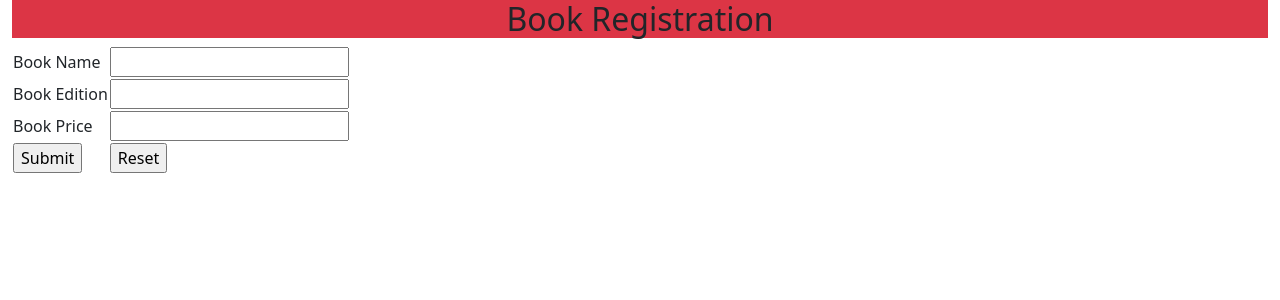
Repository: saurabh-7079/BookApp
Page: BookWebApp/WebContent/home.html
The author's editor kept a copy of each file at every save. The page is drawn from the files as they stood at one save, then again after the next save.
The browser window is 1280 px wide. The pictures show the whole page.

Above is the page before, as saved 2023-06-05 06:09:49.

### BookWebApp/WebContent/home.html
<!DOCTYPE html>
<html>
<head>
<meta charset="ISO-8859-1">
<title>Book Application</title>
<link rel="stylesheet" href="css/bootstrap.css">
</head>
<body class="container-fluid">

<h2 class="bg-danger text-center">Book Registration</h2>

<form action="register" method="post">
<table>
<tr>
<td> Book Name </td>
<td><input type="text" name="bookName"></td>
</tr>
<tr>
<td> Book Edition </td>
<td><input type="text" name="bookEditon"></td>
</tr>
<tr>
<td> Book Price </td>
<td><input type="text" name="bookPrice"></td>
</tr>
<tr>
<td><input type="submit" name="register"></td>
<td><input type="reset" name="cancel"></td>
</tr>
</table>
</form>
</body>
</html>

Loaded but not shown: BookWebApp/WebContent/css/bootstrap.css (library)

After the next save:
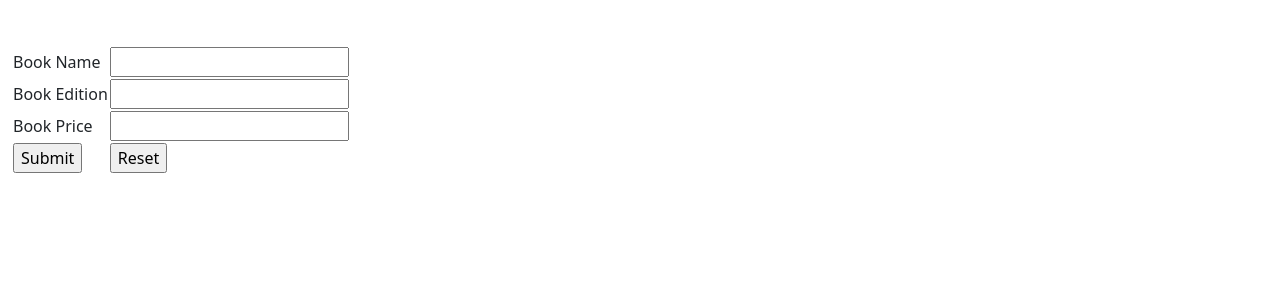
Saved 28 s later.
--- a/BookWebApp/WebContent/home.html
+++ b/BookWebApp/WebContent/home.html
@@ -7,7 +7,7 @@
 </head>
 <body class="container-fluid">
 
-<h2 class="bg-danger text-center">Book Registration</h2>
+<h2 class="text-white text-center">Book Registration</h2>
 
 <form action="register" method="post">
 <table>

After the save that followed:
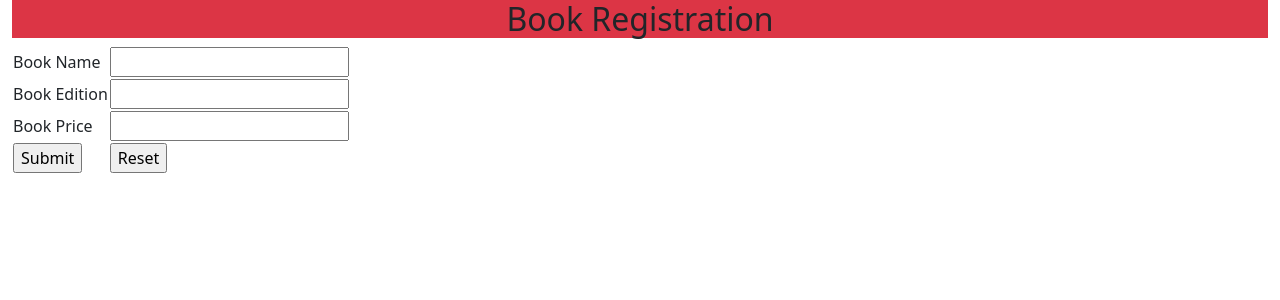
Saved 38 s later.
--- a/BookWebApp/WebContent/home.html
+++ b/BookWebApp/WebContent/home.html
@@ -7,7 +7,7 @@
 </head>
 <body class="container-fluid">
 
-<h2 class="text-white text-center">Book Registration</h2>
+<h2 class="bg-danger text-center">Book Registration</h2>
 
 <form action="register" method="post">
 <table>
